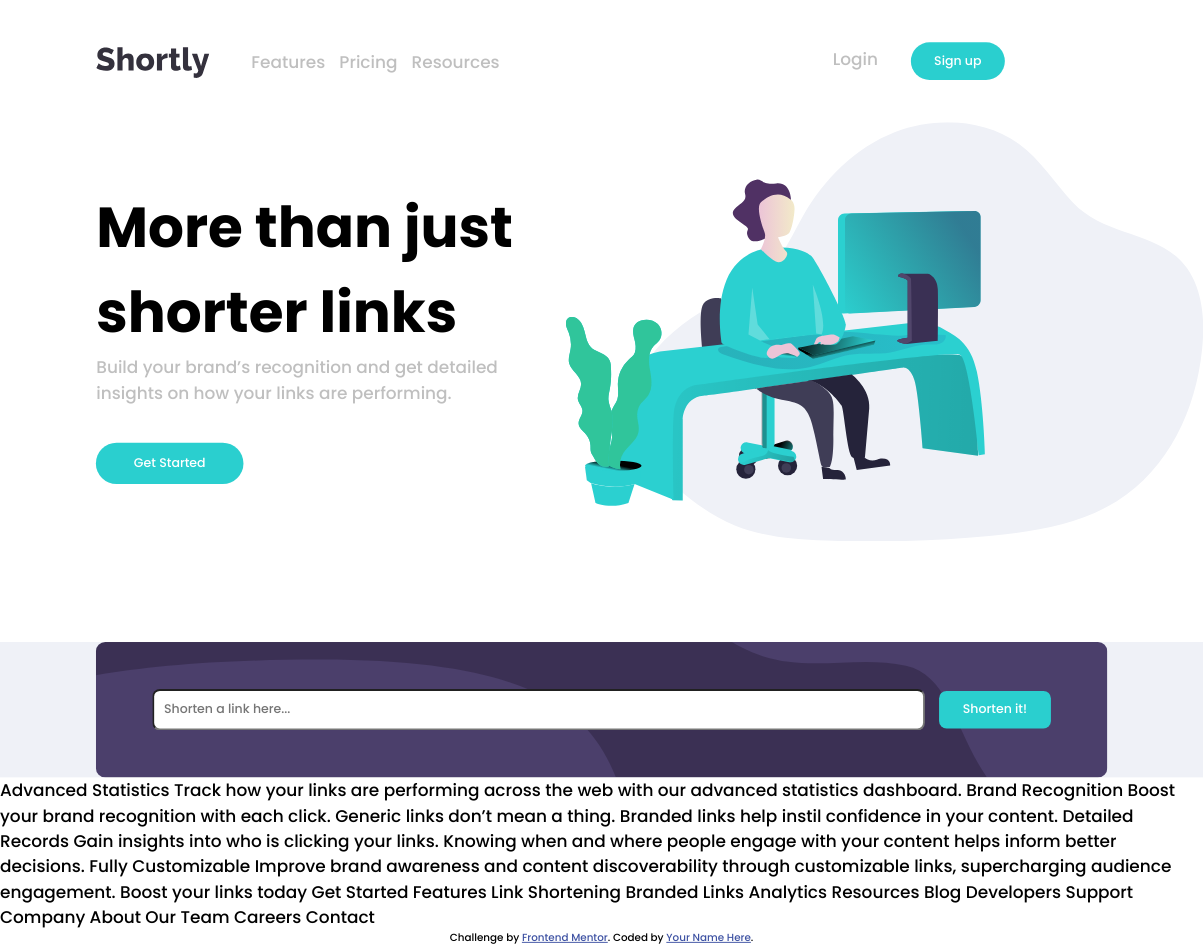
Repository: mamulini/URL-shortener
Page: index.html
The author's editor kept a copy of each file at every save. The page is drawn from the files as they stood at one save, then again after the next save.
The browser window is 1280 px wide. The pictures show the whole page, at 94% of full size.
The style sheet was rebuilt from its Sass, Less or Tailwind sources for each picture, by a compiler version that may differ from the author's.

Above is the page before, as saved 2020-04-11 21:55:50.

After the next save:
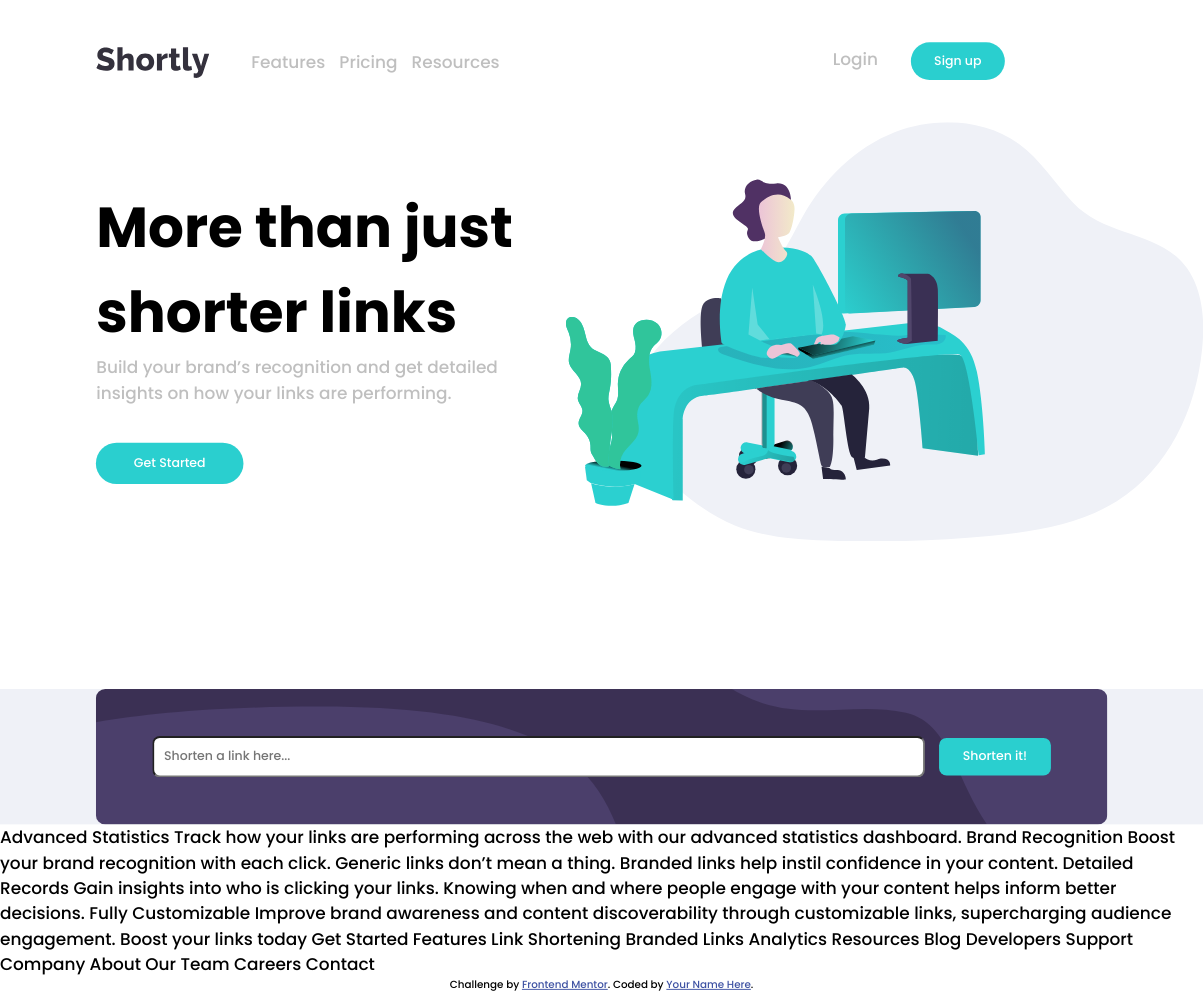
Saved 8 s later.
--- a/sass/main.scss
+++ b/sass/main.scss
@@ -127,7 +127,7 @@ img {
 
 .shorten{
     background: #eff1f7;
-    margin-top: 100px;
+    margin-top: 150px;
 
     &__handler{
         background-image: url('../images/bg-shorten-desktop.svg');
